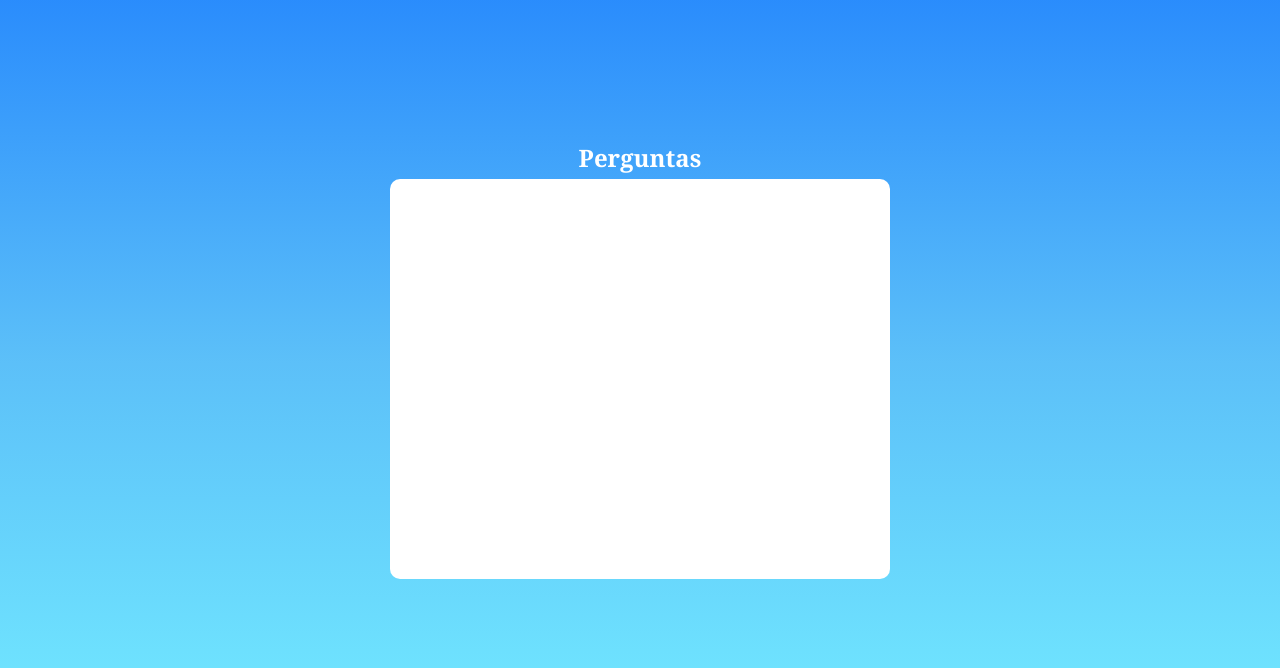
Repository: LaisSilvaO/Projeto-Quizz
Page: telas/index.html
The author's editor kept a copy of each file at every save. The page is drawn from the files as they stood at one save, then again after the next save.
The browser window is 1280 px wide. The pictures show the whole page.

Above is the page before, as saved 2024-12-24 14:34:07.
Not found: telas/script.js

### telas/index.html
<!DOCTYPE html>
<html lang="pt-br">

<head>
    <meta charset="UTF-8">
    <meta name="viewport" content="width=device-width, initial-scale=1.0">
    <title>Perguntas</title>
    <link rel="stylesheet" href="../img/tela.css">
</head>

<body>
    <h2> Perguntas</h2>
    <main>
        <div class="content">
            <span class="qtddquestao"></span>
            <span class="questao"></span>
            <div class="resposta"></div>
        </div>
        <div class="final">
            <span></span>
            <button>Reiniciar Jogo</button>
        </div>
    </main>



    <script src="script.js" type="module"></script>
</body>

</html>

### img/tela.css
* {
  margin: 0;
  padding: 0;
  box-sizing: border-box;
  font-family: Cambria, Cochin, Georgia, Times, 'Times New Roman', serif;
}

body {
  height: 100vh;
  display: flex;
  justify-content: center;
  flex-direction: column;
  flex-wrap: wrap;
  align-items: center;
  gap: 5px;
  background: linear-gradient(180deg, rgba(19, 128, 252, 0.9) 0%, rgba(80, 187, 248, 0.932), rgba(103, 230, 255, 0.932) 100%);
}

body h2 {
  color: white;
}

main {
  background-color: white;
  padding: 10px;
  border-radius: 10px;
  width: 100%;
  max-width: 500px;
  min-height: 400px;
  display:flex;
  align-items: center;
  justify-content: center;
}

.content {
  display: flex;
  flex-direction: column;
  width: 100px;
  gap: 10px;
}

.qtddquestao {
  text-align: end;
}

.resposta {
  display: flex;
  flex-direction: column;
  gap: 5px;
}

button {
  width: 100px;
  text-align: start;
  padding: 5px;
  border: none;
  border-radius: 5px;
  cursor: pointer;
  background-color: grey;
  color: white;
}

.final {
  display: none;
  flex-direction: column;
  gap: 10px;
}

After the next save:
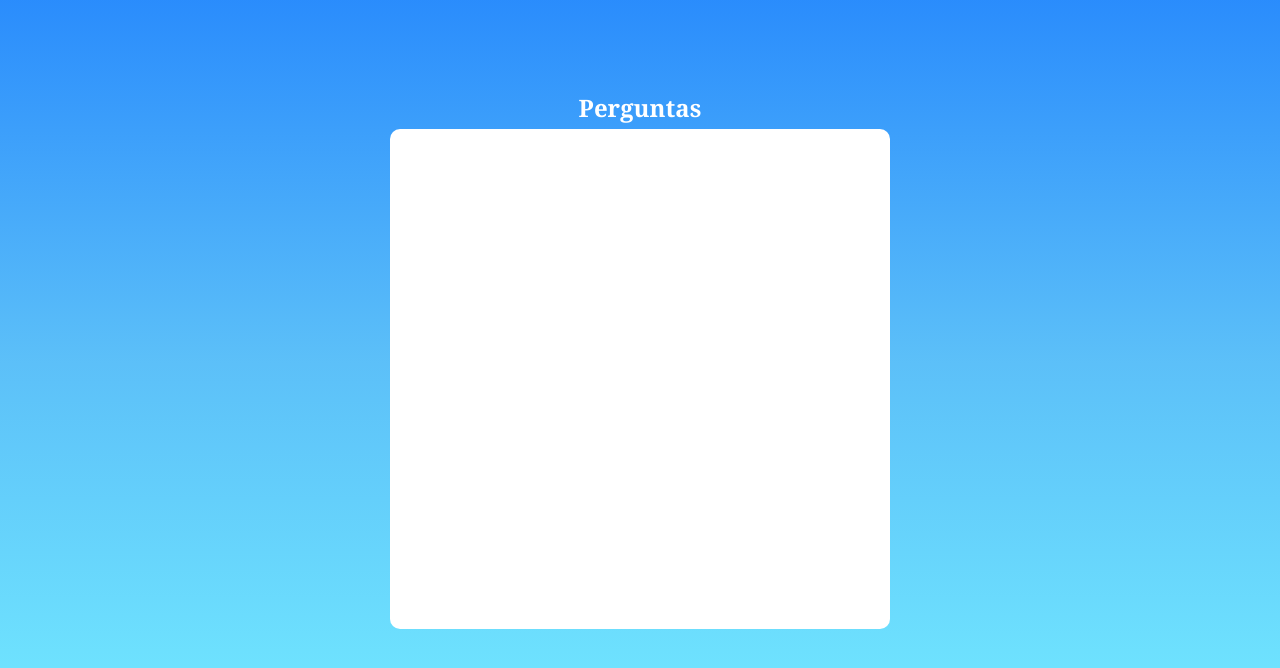
Saved 100 s later.
--- a/img/tela.css
+++ b/img/tela.css
@@ -26,7 +26,7 @@ main {
   border-radius: 10px;
   width: 100%;
   max-width: 500px;
-  min-height: 400px;
+  min-height: 500px;
   display:flex;
   align-items: center;
   justify-content: center;
